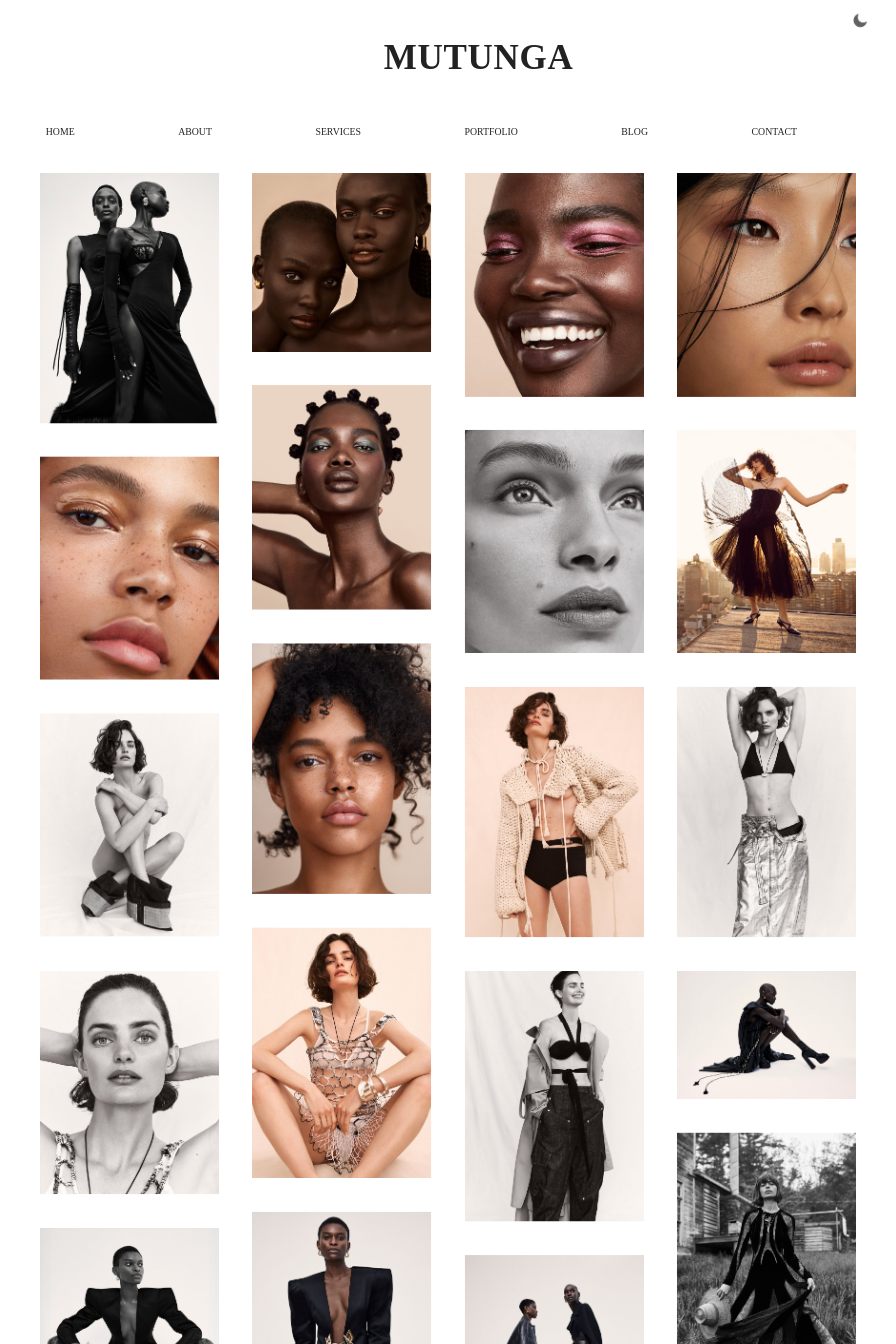
Repository: Jonar254/mutunga-concept-01
Page: index.html
An editor plug-in stored every save of this project. The page is shown before and after the next save, followed by the edit.
The browser window is 1280 px wide. The pictures show the part of the page from y = 0 to 1920 px (the page is 5146 px tall), at 70% of full size.
Some web fonts or font styles are not loaded; a fallback is used.

Above is the page before, as saved 2024-07-11 12:09:46.

After the next save:
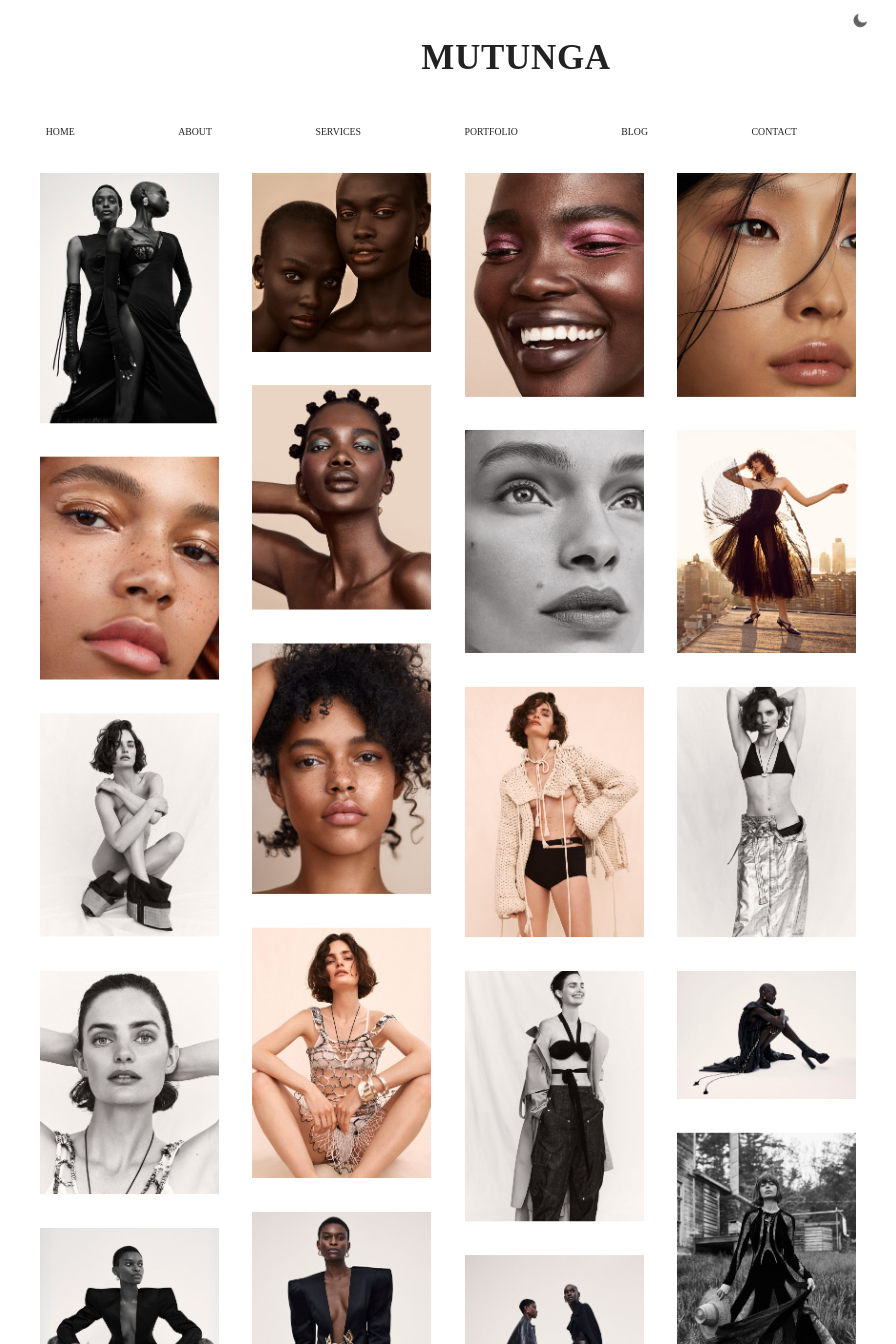
Saved 13 s later.
--- a/index.html
+++ b/index.html
@@ -63,8 +63,8 @@
 
         <header id="header" class="header-section">
             <div class="container-fluid">
-                <div class="row d-flex flex-column align-items-center ">
-                    <div class="col-lg-2 col-md-12 col-sm-12 col-6 text-center pt-lg-5 pb-lg-5">
+                <div class="row d-flex flex-column align-items-center">
+                    <div class="col-lg-1 text-center pt-lg-5 pb-lg-5">
                         <div class="site-branding">
                             <a href="index.html"><h2 class="site-title">MUTUNGA</h2></a>
                         </div>

After the save that followed:
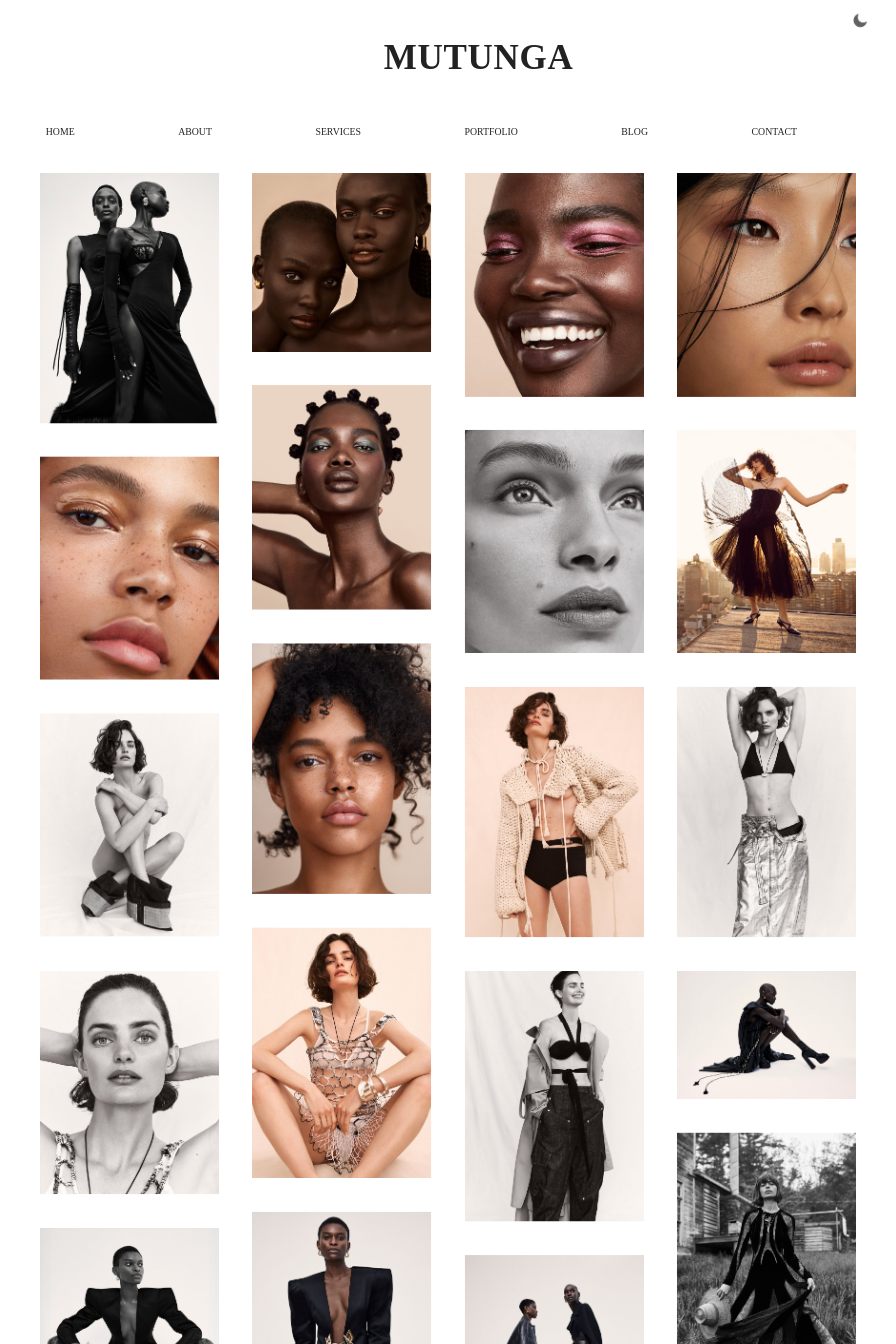
Saved 13 s later.
--- a/index.html
+++ b/index.html
@@ -64,7 +64,7 @@
         <header id="header" class="header-section">
             <div class="container-fluid">
                 <div class="row d-flex flex-column align-items-center">
-                    <div class="col-lg-1 text-center pt-lg-5 pb-lg-5">
+                    <div class="col-lg-2 col-md-3 col-sm-4 col-6 text-center pt-lg-5 pb-lg-5">
                         <div class="site-branding">
                             <a href="index.html"><h2 class="site-title">MUTUNGA</h2></a>
                         </div>
